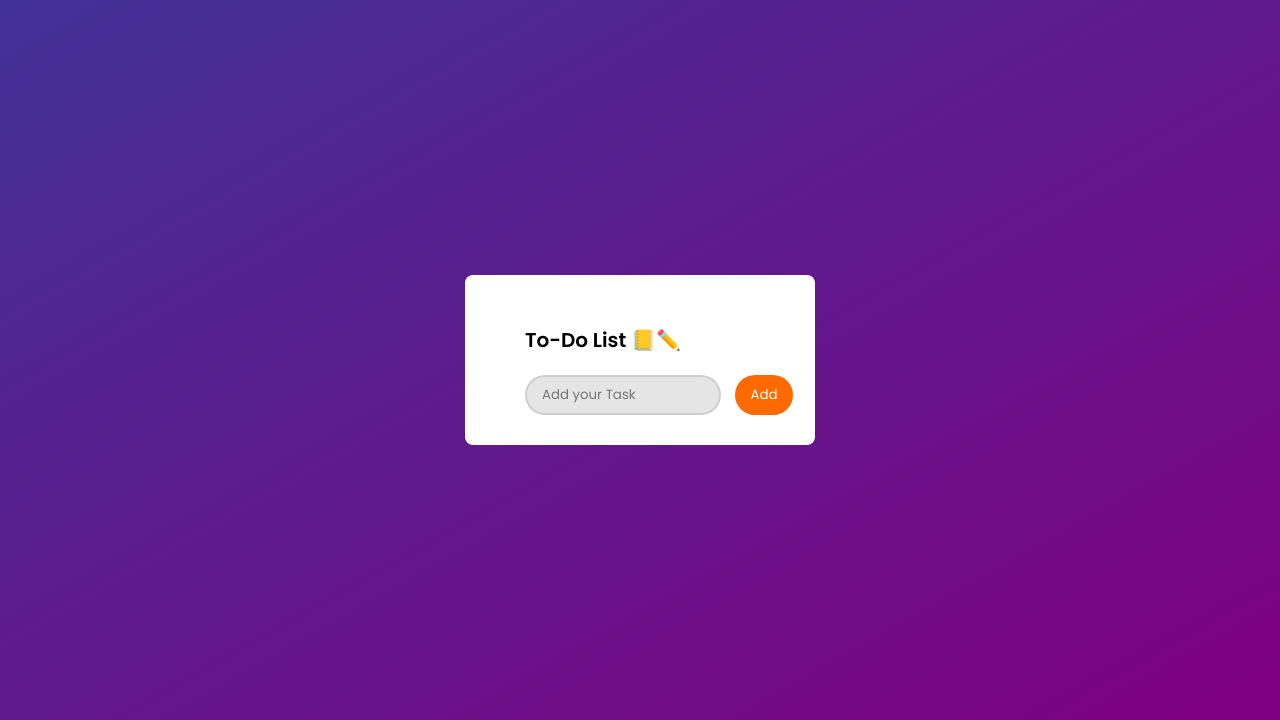
Repository: Ankitkr2021/To-Do-List
Page: index.html
The author's editor kept a copy of each file at every save. The page is drawn from the files as they stood at one save, then again after the next save.
The browser window is 1280 px wide. The pictures show the whole page.

Above is the page before, as saved 2025-10-03 12:24:44.

After the next save:
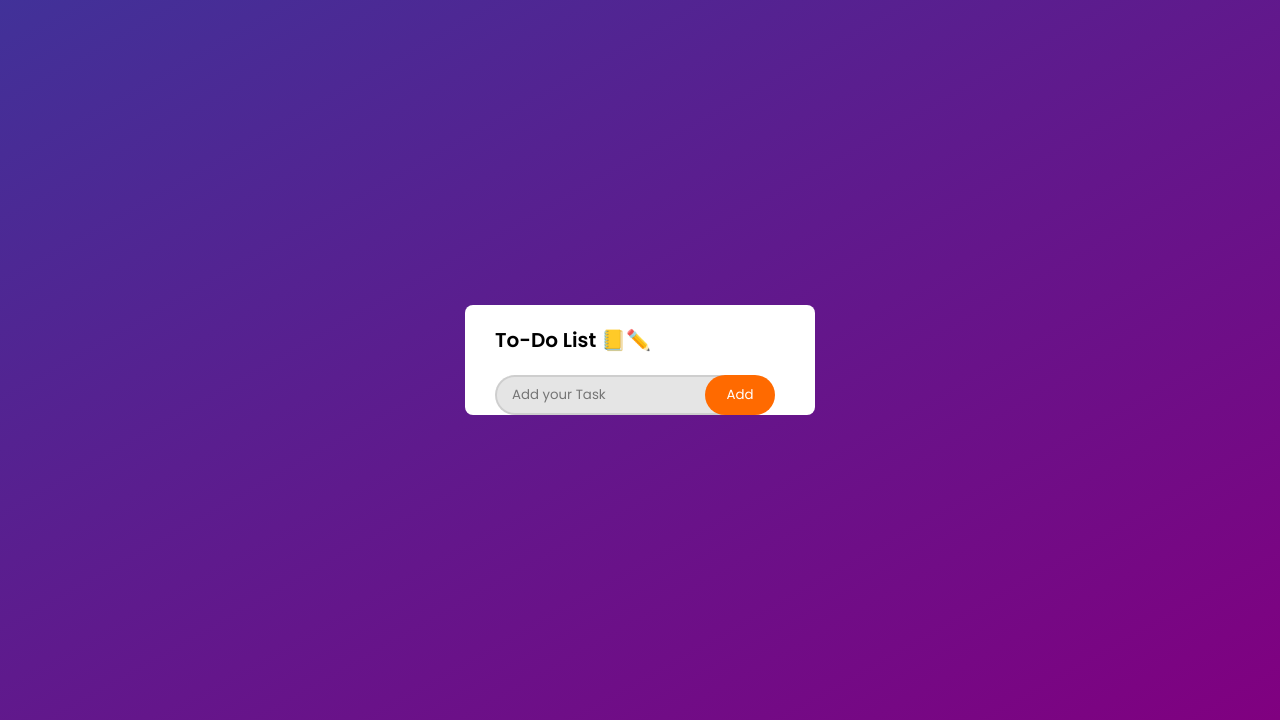
Saved 7 s later.
--- a/style.css
+++ b/style.css
@@ -19,7 +19,6 @@ body{
     background: #fff;
     /* height: 150p/x; */
     /* margin-bottom: 20px; */
-    padding: 30px;
     max-height: 400px;
     width: 350px;
     border-radius: 8px;
